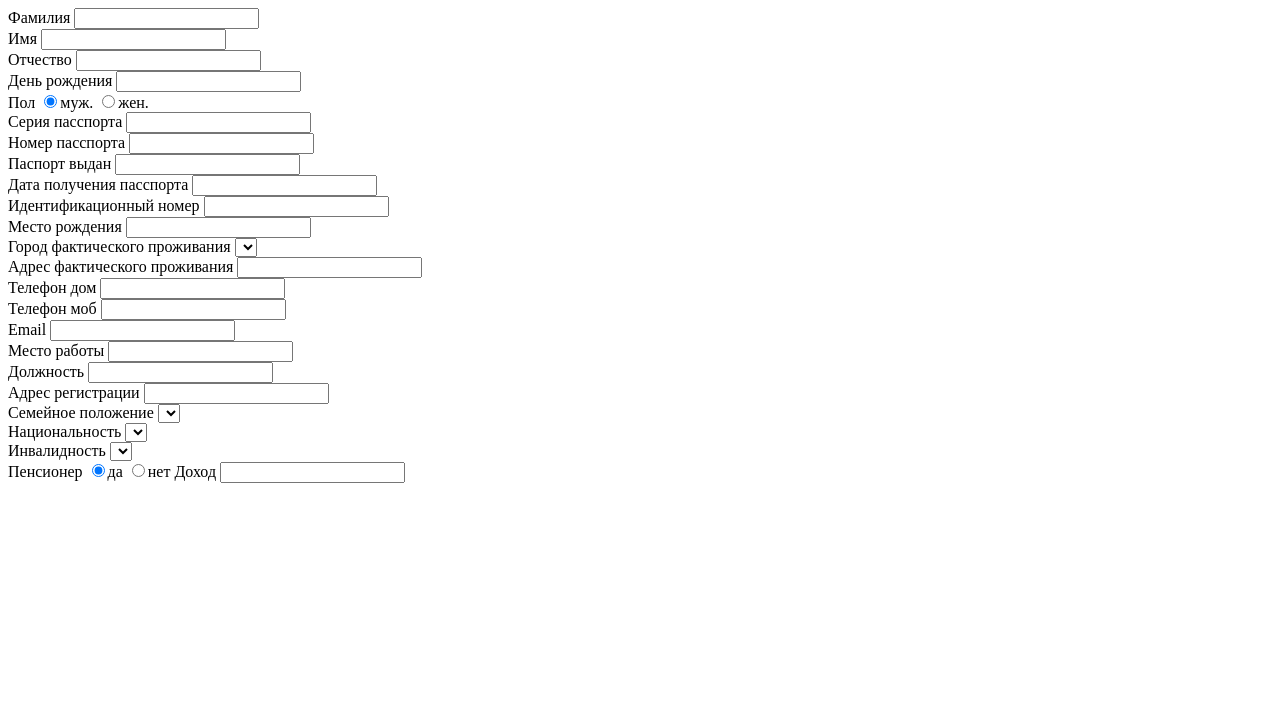
Repository: Westerte/JavaDevelopmentMay2015
Page: http://localhost/bank/jsp/common/add.jsp
These files come from the project's save history. The page is drawn as it stood at one moment and after the next save; the edit follows.
The browser window is 1280 px wide. The pictures show the whole page.
The page is served by Tomcat 9. The template is opened directly, without the code that normally fills it, so the values that code supplies are empty.

Above is the page before, as saved 2015-09-29 20:18:09.

After the next save:
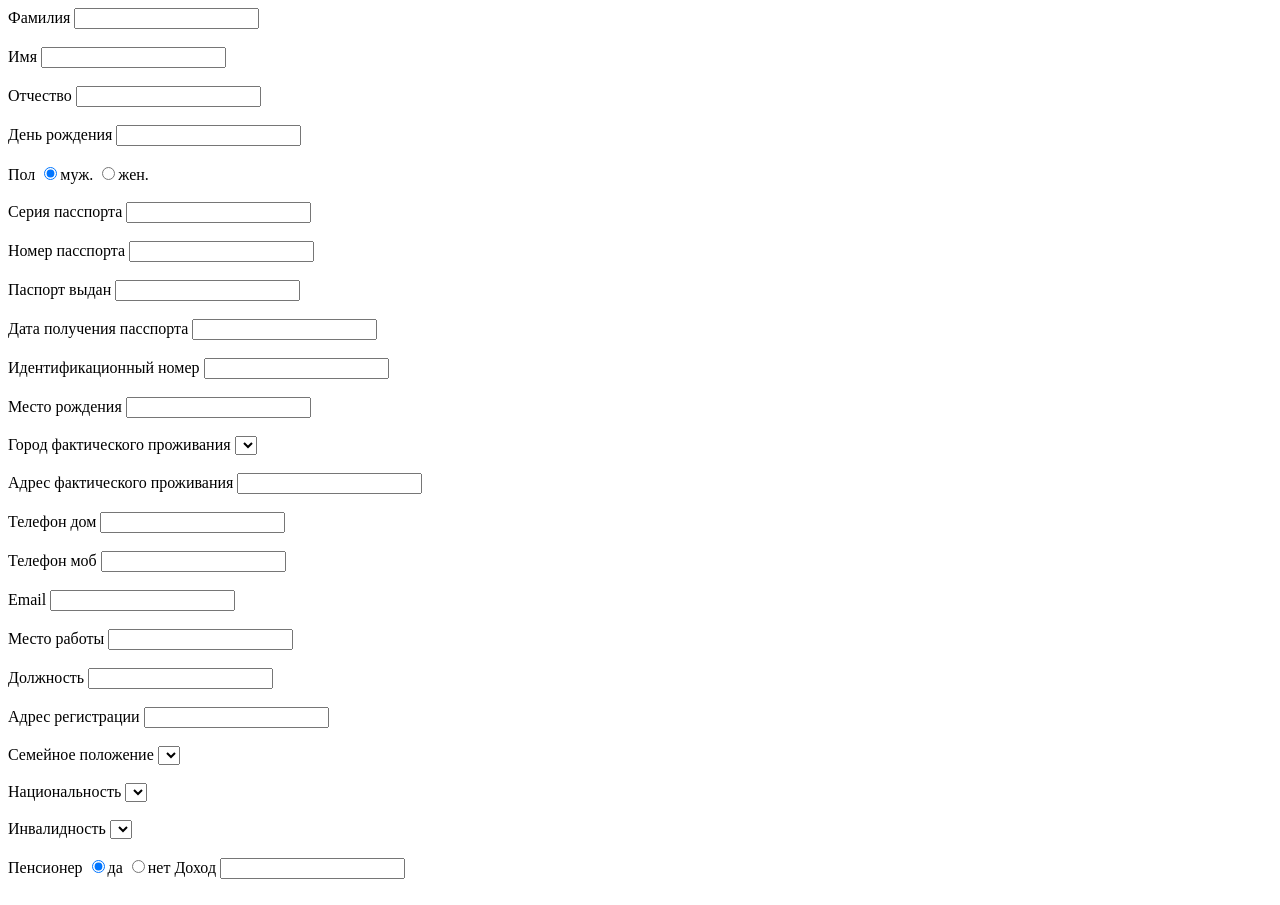
Saved 28 s later.
--- a/workspace/bank/WebContent/jsp/common/add.jsp
+++ b/workspace/bank/WebContent/jsp/common/add.jsp
@@ -14,93 +14,93 @@
 				<input type="hidden" name="command" value="add">
 				Фамилия
 				<input type="text" name="secondName">
-				<br>
+				<br><br>
 				Имя
 				<input type="text" name="firstName">
-				<br>
+				<br><br>
 				Отчество
 				<input type="text" name="patronimic">
-				<br>
+				<br><br>
 				День рождения
 				<input type="text" name="birthDay">
-				<br>
+				<br><br>
 				Пол
 				<input type="radio" checked="checked" name="male" value="male" id="male"><label for="male">муж.</label>
 				<input type="radio" name="male" value="female" id="female"><label for="female">жен.</label>
-				<br>
+				<br><br>
 				Серия пасспорта
 				<input type="text" name="passportSeria">
-				<br>
+				<br><br>
 				Номер пасспорта
 				<input type="text" name="passportNumber">
-				<br>
+				<br><br>
 				Паспорт выдан
 				<input type="text" name="passportPlace">
-				<br>
+				<br><br>
 				Дата получения пасспорта
 				<input type="text" name="passportDate" >
-				<br>
+				<br><br>
 				Идентификационный номер
 				<input type="text" name="cid" >
-				<br>
+				<br><br>
 				Место рождения
 				<input type="text" name="birthPlace" >
-				<br>
+				<br><br>
 				Город фактического проживания
 				<select name="currentCity">
 					<c:forEach items = "${ cityList }" var="city">
 						<option value="${ city.id }" label="${ city.name }"/>
 					</c:forEach>
 				</select>
-				<br>
+				<br><br>
 				Адрес фактического проживания
 				<input type="text" name="currentAddress" >
-				<br>
+				<br><br>
 				Телефон дом
 				<input type="text" name="phoneHome" >
-				<br>
+				<br><br>
 				Телефон моб
 				<input type="text" name="phoneMobile" >
-				<br>
+				<br><br>
 				Email
 				<input type="text" name="email" >
-				<br>
+				<br><br>
 				Место работы
 				<input type="text" name="workPlace" >
-				<br>
+				<br><br>
 				Должность
 				<input type="text" name="position" >
-				<br>
+				<br><br>
 				Адрес регистрации
 				<input type="text" name="registrationAddress" >
-				<br>
+				<br><br>
 				Семейное положение
 				<select name="martial">
 					<c:forEach items = "${ martialList }" var="martial">
 						<option value="${ martial.id }" label="${ martial.name }"/>
 					</c:forEach>
 				</select>
-				<br>
+				<br><br>
 				Национальность
 				<select name="nationality">
 					<c:forEach items = "${ nationalityList }" var="nationality">
 						<option value="${ nationality.id }" label="${ nationality.name }"/>
 					</c:forEach>
 				</select>
-				<br>
+				<br><br>
 				Инвалидность
 				<select name="disability">
 					<c:forEach items = "${ disabilityList }" var="disability">
 						<option value="${ disability.id }" label="${ disability.name }"/>
 					</c:forEach>
 				</select>
-				<br>
+				<br><br>
 				Пенсионер
 				<input type="radio" checked="checked" name="pensioner" value="true" id="yes"><label for="yes">да</label>
 				<input type="radio" name="pensioner" value="false" id="no"><label for="no">нет</label>
 				Доход
 				<input type="text" name="income" >
-				<br>
+				<br><br>
 			</form>
 		</tr>
 		<div id="page-buffer"></div>
